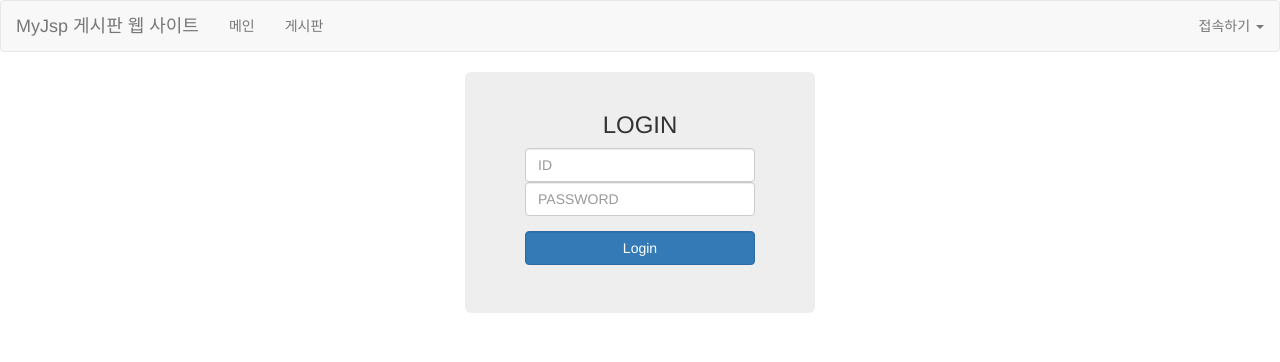
Repository: Ji3un/JspBoard
Page: http://localhost/BBS/join.jsp
An editor plug-in stored every save of this project. The page is shown before and after the next save, followed by the edit.
The browser window is 1280 px wide. The pictures show the whole page.
Some web libraries are served in a nearby version. The page is served by Tomcat 9.

Above is the page before, as saved 2017-10-03 10:46:33.

After the next save:
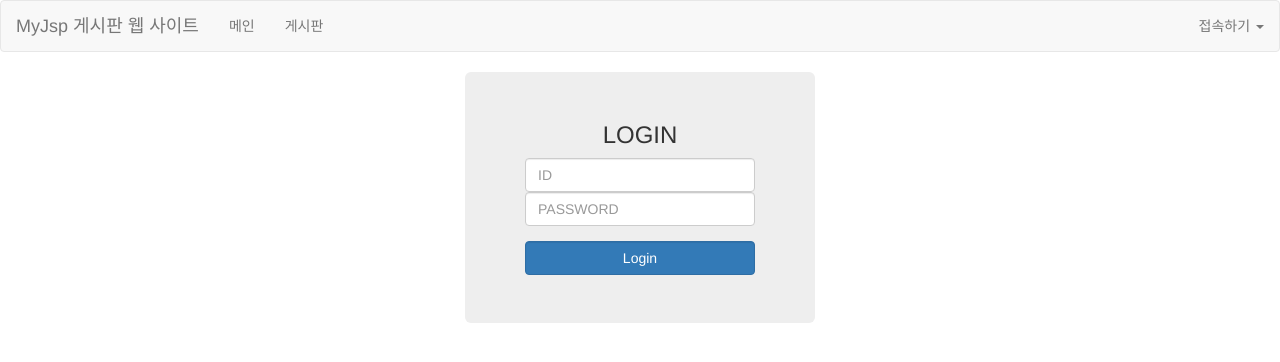
Saved 31 s later.
--- a/BBS/WebContent/join.jsp
+++ b/BBS/WebContent/join.jsp
@@ -42,7 +42,7 @@
 	<div class="container">
 		<div class="col-lg-4"></div>
 		<div class="col-lg-4">
-			<div class="jumbotron" style="padding-top:20px;">
+			<div class="jumbotron" style="padding-top:30px;">
 				<form method="post" action="loginAction.jsp">
 					<h3 style="text-align:center;">LOGIN</h3>
 					<div class="form-group">

After the save that followed:
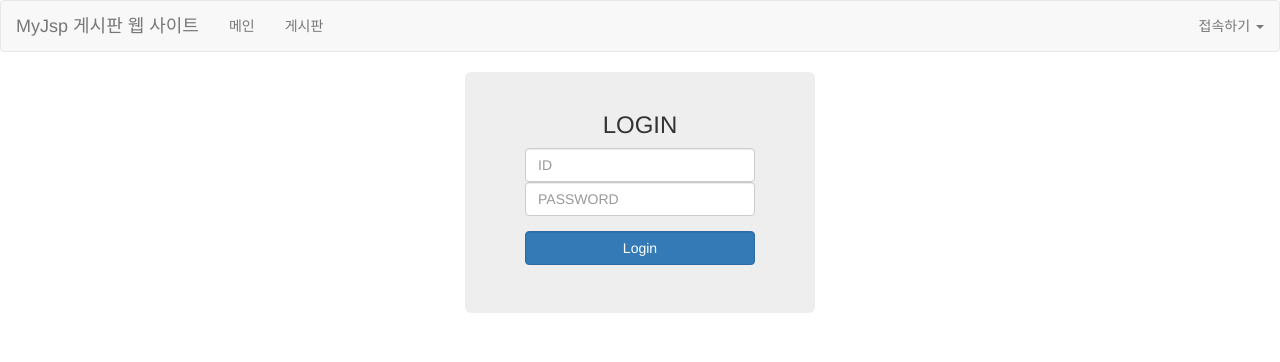
Saved 9 s later.
--- a/BBS/WebContent/join.jsp
+++ b/BBS/WebContent/join.jsp
@@ -42,7 +42,7 @@
 	<div class="container">
 		<div class="col-lg-4"></div>
 		<div class="col-lg-4">
-			<div class="jumbotron" style="padding-top:30px;">
+			<div class="jumbotron" style="padding-top:20px;">
 				<form method="post" action="loginAction.jsp">
 					<h3 style="text-align:center;">LOGIN</h3>
 					<div class="form-group">
